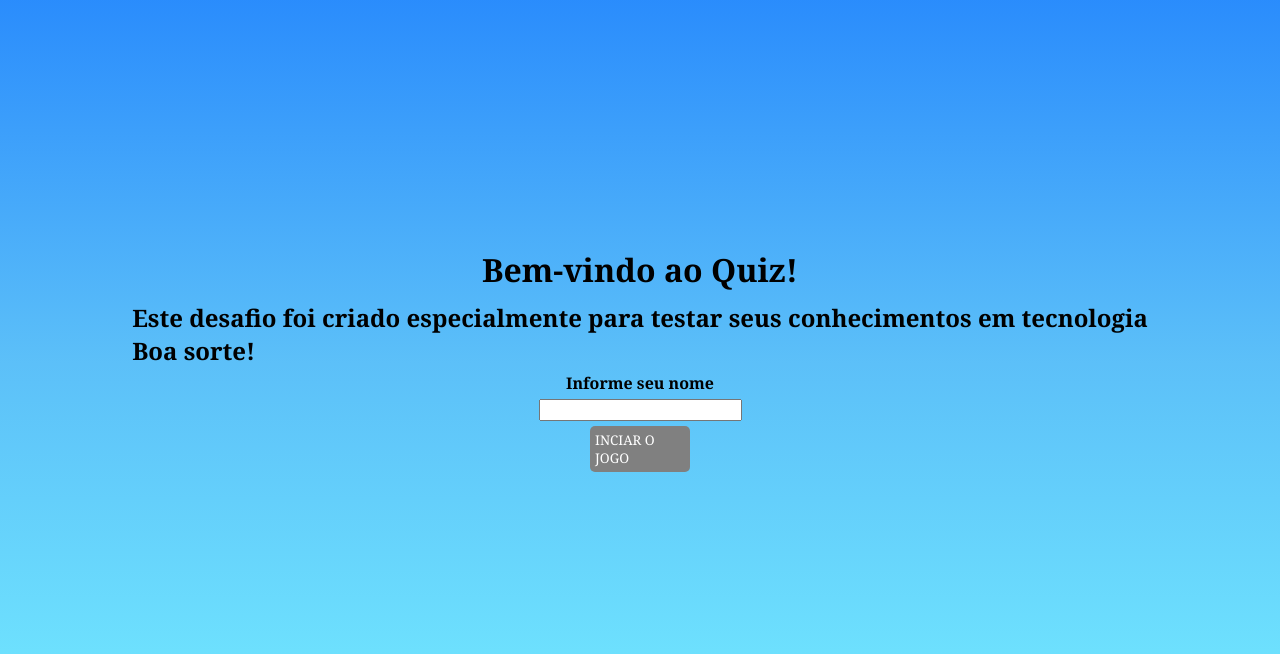
Repository: LaisSilvaO/Projeto-Quizz
Page: telas/apresentação.html
These files come from the project's save history. The page is drawn as it stood at one moment and after the next save; the edit follows.
The browser window is 1280 px wide. The pictures show the whole page.

Above is the page before, as saved 2024-12-25 18:29:46.

After the next save:
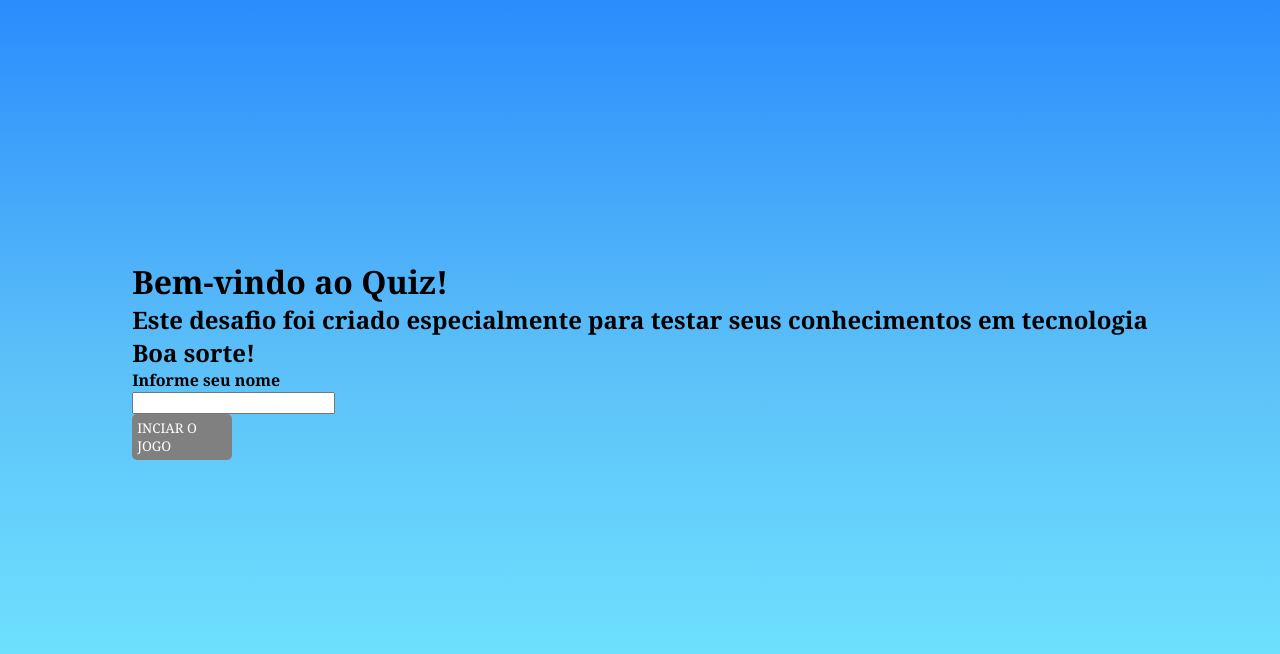
Saved 7 s later.
--- a/telas/apresentação.html
+++ b/telas/apresentação.html
@@ -9,23 +9,19 @@
 </head>
 
 <body>
-    <div>
+    <div class="borda1">
         <H1> Bem-vindo ao Quiz!</H1>
+
+        <h2>Este desafio foi criado especialmente para testar seus conhecimentos em tecnologia
+
+            <P> Boa sorte!</P>
+        </h2>
+        <h4>Informe seu nome </h4>
+        <input type="text" id="nome">
+        <A href="index.html">
+            <h4><button>INCIAR O JOGO</button></h4>
+        </A>
     </div>
-    <div>
-
-    </div>
-
-    <h2>Este desafio foi criado especialmente para testar seus conhecimentos em tecnologia
-
-        <P> Boa sorte!</P>
-    </h2>
-    <h4>Informe seu nome </h4>
-    <input type="text" id="nome">
-    <A href="index.html">
-        <h4><button>INCIAR O JOGO</button></h4>
-    </A>
-
 
 </body>
 
